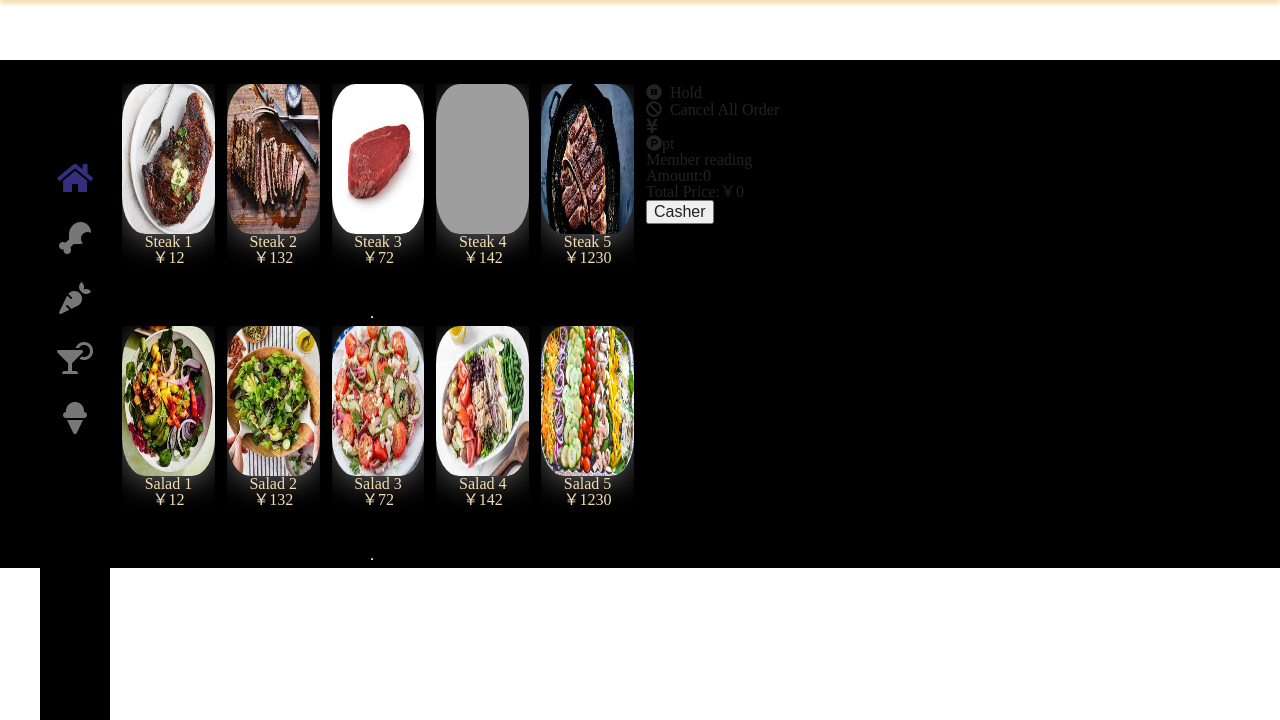
Repository: vuhungson158/Menu
Page: /
An editor plug-in stored every save of this project. The page is shown before and after the next save, followed by the edit.
The browser window is 1280 px wide. The pictures show the whole page.
Pictures or frames that could not be fetched are drawn as grey boxes. The project was rebuilt for these pictures with package versions that can differ from the ones it lists, and the page was loaded fresh each time. Also part of the build but not shown: src/component/mainMenu/orderBlock/orderContent/OrderedItem.jsx, src/redux-store/actions/HoldActions.jsx, src/component/mainMenu/orderBlock/utilities/HoldItem.jsx.

Above is the page before, as saved 2021-08-22 09:43:29.

After the next save:
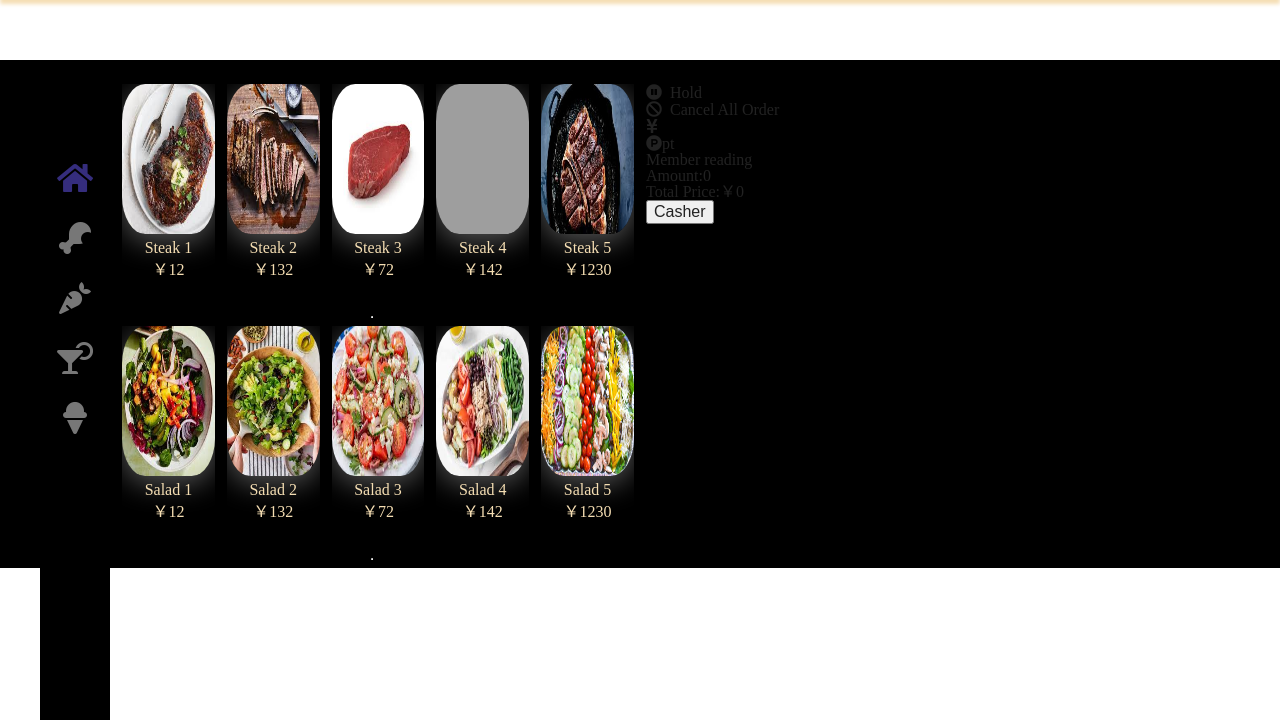
Saved 20 s later.
--- a/src/styles/App.scss
+++ b/src/styles/App.scss
@@ -242,6 +242,7 @@ body {
                             .food-price {
                                 color: $color_1st;
                                 text-align: center;
+                                margin-top: calc(0.5 * var(--spacing));
                             }
                         }
                     }
